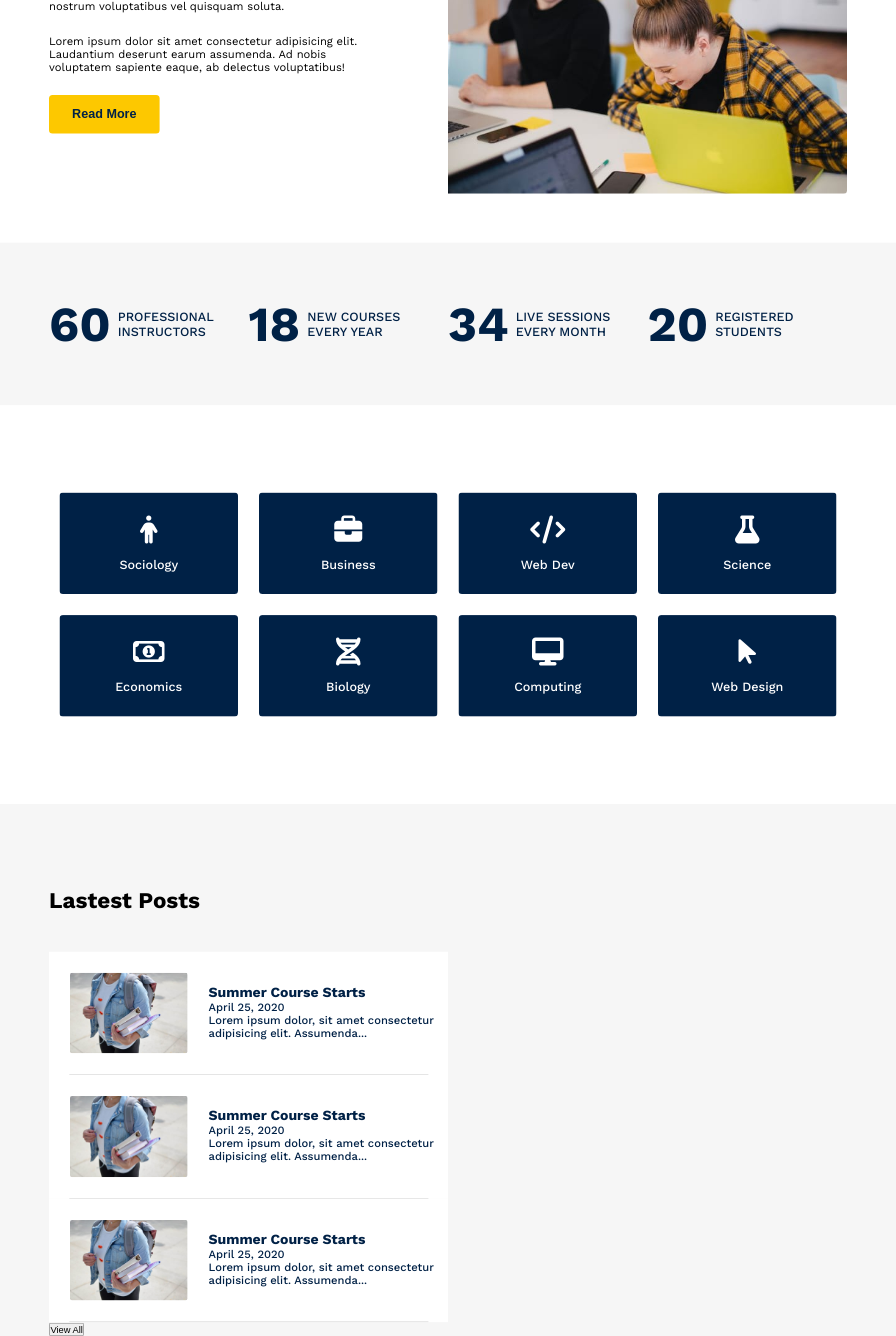
Repository: giahuy405/BC38__Mastery__Pham_Gia_Huy
Page: index.html
An editor plug-in stored every save of this project. The page is shown before and after the next save, followed by the edit.
The browser window is 1280 px wide. The pictures show the part of the page from y = 884 to 2804 px (the page is 2793 px tall before and 2804 px after), at 70% of full size.

Above is the page before, as saved 2022-09-10 12:34:45.

### index.html
<!DOCTYPE html>
<html lang="en">
<head>
    <meta charset="UTF-8">
    <meta http-equiv="X-UA-Compatible" content="IE=edge">
    <meta name="viewport" content="width=device-width, initial-scale=1.0">
    <title>Document</title>
    <link href="https://fonts.googleapis.com/css2?family=Montserrat:wght@300;400;500;700;900&family=Work+Sans:wght@300;400;500;700&display=swap" rel="stylesheet">
    <link rel="stylesheet" href="https://cdnjs.cloudflare.com/ajax/libs/font-awesome/6.2.0/css/all.min.css">
    <link rel="stylesheet" href="./css/index.css">
</head>
<body>
    <header>
        <div class="container">
            <i class="fa-solid fa-pen-to-square"></i>
            <div class="header__title">
                <h1>Mastery</h1>
            </div>
        </div>
    </header>
    <nav>
        <div class="container">
            <ul>
                <li><div class="wrapper"><span class="square individual"><a class="ninth before after"  href="#">Home</a></span></div></li>
                <li><div class="wrapper"><span class="square individual"><a class="ninth before after"  href="#">About</a></span></div></li>
                <li><div class="wrapper"><span class="square individual"><a class="ninth before after"  href="#">Services</a></span></div></li>
                <li><div class="wrapper"><span class="square individual"><a class="ninth before after"  href="#">Contact</a></span></div></li>
            </ul>
        </div>
    </nav>
    <div class="carousel">
        <img src="./img/carousel__website.png" alt="">
    </div>
    <div class="welcome container">
        <div class="welcome__content">
            <h1>Welcome To Our Campus</h1>
            <p>Lorem ipsum dolor sit amet consectetur adipisicing elit. Quasi est saepe possimus quisquam dolor ducimus blanditiis, eius fugit ab beatae reprehenderit, inventore earum rerum. Quis nostrum voluptatibus vel quisquam soluta.</p>

            <p>Lorem ipsum dolor sit amet consectetur adipisicing elit. Laudantium deserunt earum assumenda. Ad nobis voluptatem sapiente eaque, ab delectus voluptatibus!</p>
            <button>Read More</button>
        </div>
        <div class="welcome__img">
            <img src="./img/g1.jpg" alt="">
        </div>
        <div class="clear"></div>
    </div>
    <div class="information">
       <div class="container">
            <div class="information__content">
                <div class="information__title">
                    <h1>60</h1>
                </div>
                <div class="information__desc">
                    <p>PROFESSIONAL</p>
                    <p>INSTRUCTORS</p>
                </div>
                <div class="clear"></div>
            </div>
            <div class="information__content">
                <div class="information__title">
                    <h1>18</h1>
                </div>
                <div class="information__desc">
                    <p>NEW COURSES</p>
                    <p>EVERY YEAR</p>
                </div>
                <div class="clear"></div>
            </div>
            <div class="information__content">
                <div class="information__title">
                    <h1>34</h1>
                </div>
                <div class="information__desc">
                    <p>LIVE SESSIONS</p>
                    <p>EVERY MONTH</p>
                </div>
                <div class="clear"></div>
            </div>
            <div class="information__content">
                <div class="information__title">
                    <h1>20</h1>
                </div>
                <div class="information__desc">
                    <p>REGISTERED</p>
                    <p>STUDENTS</p>
                </div>
                <div class="clear"></div>
            </div>
            <div class="clear"></div>
       </div>
    </div>
    <div class="cards">
        <div class="container">
            <div class="cards-top">
                <div class="card">
                    <a href="#">
                        <div class="card__item">
                            <i class="fa-solid fa-person"></i>
                            <p>Sociology</p>
                        </div>
                    </a>
                </div>
                <div class="card">
                    <a href="#">
                        <div class="card__item">
                            <i class="fa-solid fa-briefcase"></i>
                            <p>Business</p>
                        </div>
                    </a>
                </div>
                <div class="card">
                   <a href="#">
                        <div class="card__item">
                            <i class="fa-solid fa-code"></i>
                            <p>Web Dev</p>
                        </div>
                   </a>
                </div>
                <div class="card">
                   <a href="#">
                        <div class="card__item">
                            <i class="fa-solid fa-flask"></i>
                            <p>Science</p>
                        </div>
                   </a>
                </div>
                <div class="clear"></div>
            </div>
            <div class="card-bottom">
                <div class="card">
                    <a href="#">
                        <div class="card__item">
                            <i class="fa-regular fa-money-bill-1"></i>
                            <p>Economics</p>
                        </div>
                    </a>
                </div>
                <div class="card">
                   <a href="#">
                        <div class="card__item">
                            <i class="fa-solid fa-dna"></i>
                            <p>Biology</p>
                        </div>
                   </a>
                </div>
                <div class="card">
                    <a  href="#">
                        <div class="card__item">
                            <i class="fa-solid fa-desktop"></i>
                            <p>Computing</p>
                        </div>
                    </a>
                </div>
                <div class="card">
                    <a href="#">
                        <div class="card__item">
                            <i class="fa-solid fa-arrow-pointer"></i>
                            <p>Web Design</p>
                        </div>
                    </a>
                </div>
                <div class="clear"></div>
            </div>
        </div>
    </div>
    <div class="news">
        <div class="container">
            <div class="news__lastest-post">
                <h1>Lastest Posts</h1>
                <div class="lastest-post__items">
                    <div class="lastest-post__item">
                        <a href="#">
                            <img src="./img/g9.jpg" alt="">
                            <div class="lastest-post__desc">
                                <h2 >Summer Course Starts</h2>
                                <p>April 25, 2020</p>
                                <p>Lorem ipsum dolor, sit amet consectetur adipisicing elit. Assumenda...</p>
                            </div>
                            <div class="clear"></div>
                        </a>
                        <hr noshade >
                    </div>

                    <div class="lastest-post__item">
                        <a href="#">
                            <img src="./img/g9.jpg" alt="">
                            <div class="lastest-post__desc">
                                <h2>Summer Course Starts</h2>
                                <p>April 25, 2020</p>
                                <p>Lorem ipsum dolor, sit amet consectetur adipisicing elit. Assumenda...</p>
                            </div>
                            <div class="clear"></div>
                        </a>
                        <hr noshade >
                    </div>

                    <div class="lastest-post__item">
                        <a href="#">
                            <img src="./img/g9.jpg" alt="">
                            <div class="lastest-post__desc">
                                <h2>Summer Course Starts</h2>
                                <p>April 25, 2020</p>
                                <p>Lorem ipsum dolor, sit amet consectetur adipisicing elit. Assumenda...</p>
                            </div>
                            <div class="clear"></div>
                        </a>
                        <hr noshade >
                    </div>

                </div>
                <button>View All</button>
            </div>
            <div class="news__upcoming__events">

            </div>
            <div class="clear"></div>
        </div>
    </div>

</body>
</html>

### css/index.css
*{
    padding: 0;
    margin: 0;
    box-sizing: border-box;
}
.clear{
    clear: both;
}
html{
    font-size: 16px;
    font-family: 'Work Sans', sans-serif;
}
.container{
    width: 1140px;
    margin: 0 auto;
}
header{
    position: relative;
    margin-top: 15px;
}
.header__title{
    display: inline-block;
     position: absolute;
     top: -4px;
    left: 160px;
}
.header__title h1{
    font-size: 35px;
    color: #1b1d2d;
}
header i{
    background-color: #002146;
    height: 36px;
    width: 36px;
    border-radius: 50%;
    color: #fdc800;
    text-align: center;
    padding-top: 9px;

}
nav ul{
    list-style: none;
    margin-top: 15px;
    margin-left: 18px;

}
nav li{
    display: inline;
    margin-right: 30px;
}

 /*  Hover for Navigation bar */
.wrapper{
    margin:2em 0;
    display: inline;
    font-size: 7px;
}
 a, a:visited, a:hover, a:active{
    -webkit-backface-visibility:hidden;
            backface-visibility:hidden;
      position:relative;
    transition:0.5s color ease;
      text-decoration:none;
      color:#002146;
      font-size:2px;
      font-weight: 500;
}
 a:hover{
    color:#fdc800;
}
 a.before:before, a.after:after{
content: "";
transition:0.5s all ease;
-webkit-backface-visibility:hidden;
        backface-visibility:hidden;
position:absolute;
}
 a.before:before{
top:-0.25em;
}
 a.after:after{
bottom:-0.25em;
}
 a.before:before, a.after:after{
height:5px;
height:0.2rem;
width:0;
background:#fdc800;
}
 a.first:after{
left:0;
}
 a.second:after{
right:0;
}
 a.third:after, a.sixth:before, a.sixth:after{
left:50%;
-webkit-transform:translateX(-50%);
        transform:translateX(-50%);
}
a.fourth:before, a.fourth:after{
left:0;
}
 a.fifth:before, a.fifth:after{
right:0;
}
 a.seventh:before{
right:0;
}
 a.seventh:after{
left:0;
}
 a.eigth:before{
left:0;
}
 a.eigth:after{
right:0;
}
a.before:hover:before, a.after:hover:after{
width:100%;
}
.square{
box-sizing:border-box;
margin-left:-0.4em;
position:relative;
font-size:2.5em;
overflow:hidden;
}
.square a{
position:static;
font-size:100%;
padding:0.2em 0.4em;
}
.square:before,.square:after{
content: "";
box-sizing:border-box;
transition:0.25s all ease;
-webkit-backface-visibility:hidden;
        backface-visibility:hidden;
position:absolute;
width: 5px;
width:0.2rem;
height:0;
background:#fdc800;
}
.square:before{
left:0;
bottom:-0.2em;
}
.square.individual:before{
transition-delay:0.6s;
}
.square:after{
right:0;
top:-0.2em;
}
.square.individual:after{
transition-delay:0.2s;
}
.square a:before{
left:0;
transition:0.25s all ease;
}
.square a:after{
right:0;
transition:0.25s all ease;
}
.square.individual a:after{
transition:0.25s all ease 0.4s;
}
.square:hover:before,.square:hover:after{
height:calc(100% + 0.4em);
}
.square:hover  a:before,.square:hover a:after{
width:100%;
}


/* CAROUSEL / SLIDER */
.carousel{
    width: 100%;
    margin-top: 20px;
}
.carousel img{
max-width: 100%;
height: 597px;
}


/* create WELCOME */
.welcome{
    margin-top: 62px;
    margin-bottom: 66px;
}
.welcome__content h1{
    margin-bottom: 20px;
    color: #1b1d2d;
}
.welcome__content{
    padding-right: 80px;
}
.welcome__content p{
    margin-bottom: 30px;
}
.welcome__content button{
    padding: 17px 33px;
    font-size: 18px;
    font-weight:700;
    color: #002146;
    background-color: #fdc800;
    border: none;
    border-radius: 5px;
    cursor: pointer;
    transition: all 0.2s;
}
.welcome__content button:hover{
    background-color: #002146;
    color: #fdc800;
    box-shadow: 5px 5px 10px black;
}
.welcome__content,.welcome__img{
    width: 50%;
    float: left;
}
.welcome__img img{
    width: 100%;
    border-top-right-radius: 5px;
    border-bottom-right-radius: 5px;
}


/* create INFORMATION  */
.information{
    background-color: #f6f6f6;
    padding: 75px 0;
    margin-bottom: 110px;
}
.information__content{
    float: left;
    width: 25%;
}
.information__content h1{
    display: inline-block;
    font-size: 70px;
    color: #002146;

}
.information__title,.information__desc{
    float: left;
}
.information__desc p:first-child{
    margin-top:20px;
}
.information__desc p{
    margin-left: 10px;
    font-size: 18px;
    color: #002146;
    font-weight: 500;
}


/* create CARDS */
.cards{
    margin-bottom: 110px;
}
.card{
    float: left;
    width: 25%;
    text-align: center;
    padding: 15px;
}
.card__item{
    background-color: #002146;
    padding: 32px 50px;
    border-radius: 5px;
}
.card__item i{
    color: white;
    font-size: 40px;
}
.card__item p{
    color: white;
    font-size: 18px;
    margin-top: 20px;
}
.card a{
    cursor: pointer;
    transition: all 0.2s;
}
.card a:hover{
    opacity: 0.7;
}
.card:hover{
    box-shadow: 1px 1px 10px  black;
    border-radius: 5px;
}


/* NEWS */
.news{
    padding-top: 118px;
    background-color: #f6f6f6;
}
.news h1:first-child{
    margin-bottom: 55px;
}
.news__lastest-post,.news__upcoming__events{
    float: left;
    width: 50%;
}
.lastest-post__item{
    background-color: white;
}
.lastest-post__item img{
    width: 158px;
    border: 30px solid transparent;
    border-radius: 33px;
}
.lastest-post__item a img{
    float: left;
    width: 40%;
}
.lastest-post__desc{
    float: left;
    width: 60%;
    padding-top: 45px;
}
.lastest-post__item hr{
    width:90%;
    margin: 0 auto;
    background-color: rgb(218, 218, 218);
    height: 1px;
    border: none;
}
.lastest-post__item a{
    font-size: 20px;
    color: #002146;
}
.lastest-post__item a .lastest-post__desc  h2{
    font-size: 20px;
}
.lastest-post__item a .lastest-post__desc p{
    font-size: 16px;
}
.lastest-post__item a .lastest-post__desc p:first-child{
    font-size: 16px;
    color: gray;
    margin: 20px 0;
}

After the next save:
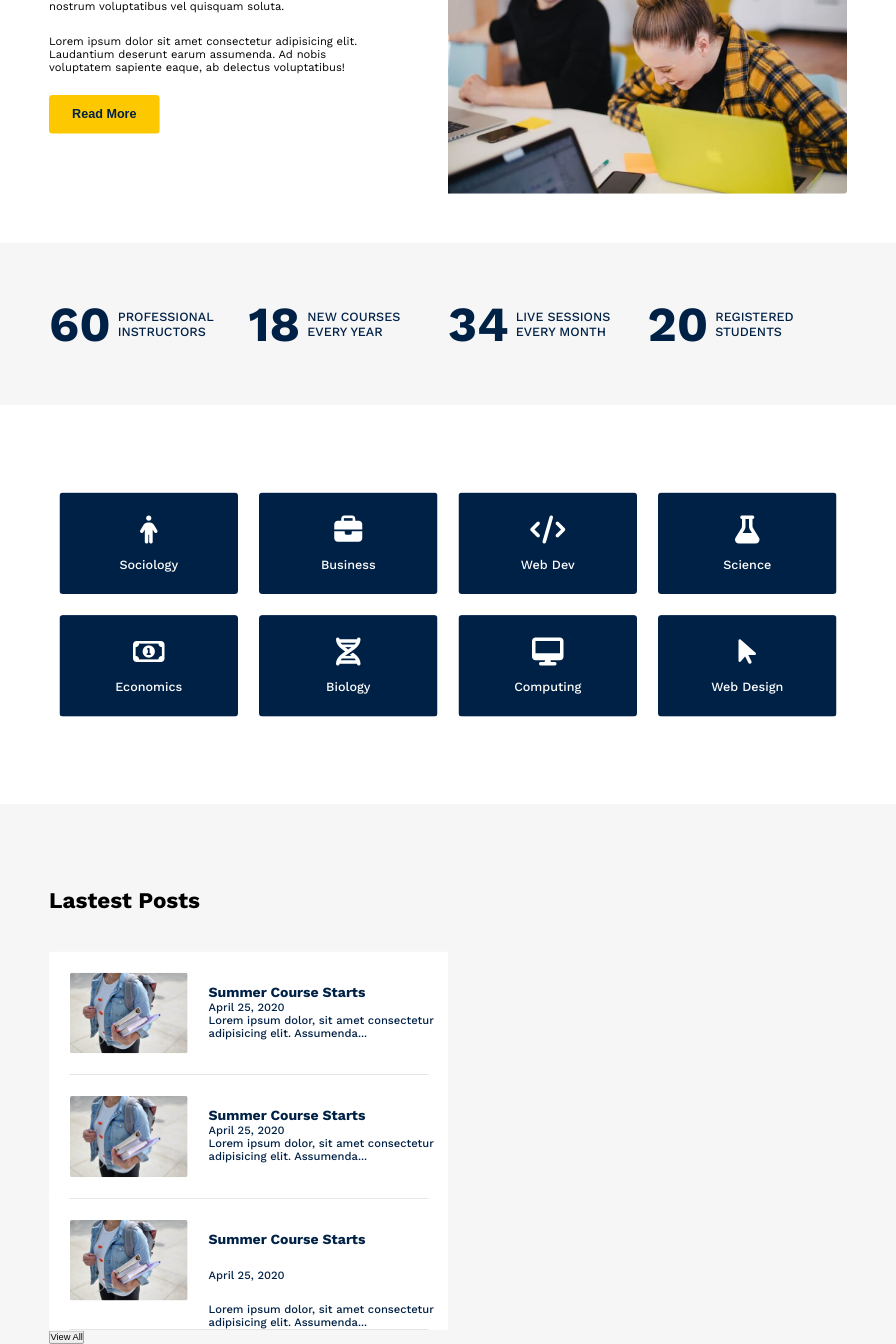
Saved 18 s later.
--- a/index.html
+++ b/index.html
@@ -199,7 +199,7 @@
                             <img src="./img/g9.jpg" alt="">
                             <div class="lastest-post__desc">
                                 <h2>Summer Course Starts</h2>
-                                <p>April 25, 2020</p>
+                                <p style="margin:30px 0;">April 25, 2020</p>
                                 <p>Lorem ipsum dolor, sit amet consectetur adipisicing elit. Assumenda...</p>
                             </div>
                             <div class="clear"></div>

After the save that followed:
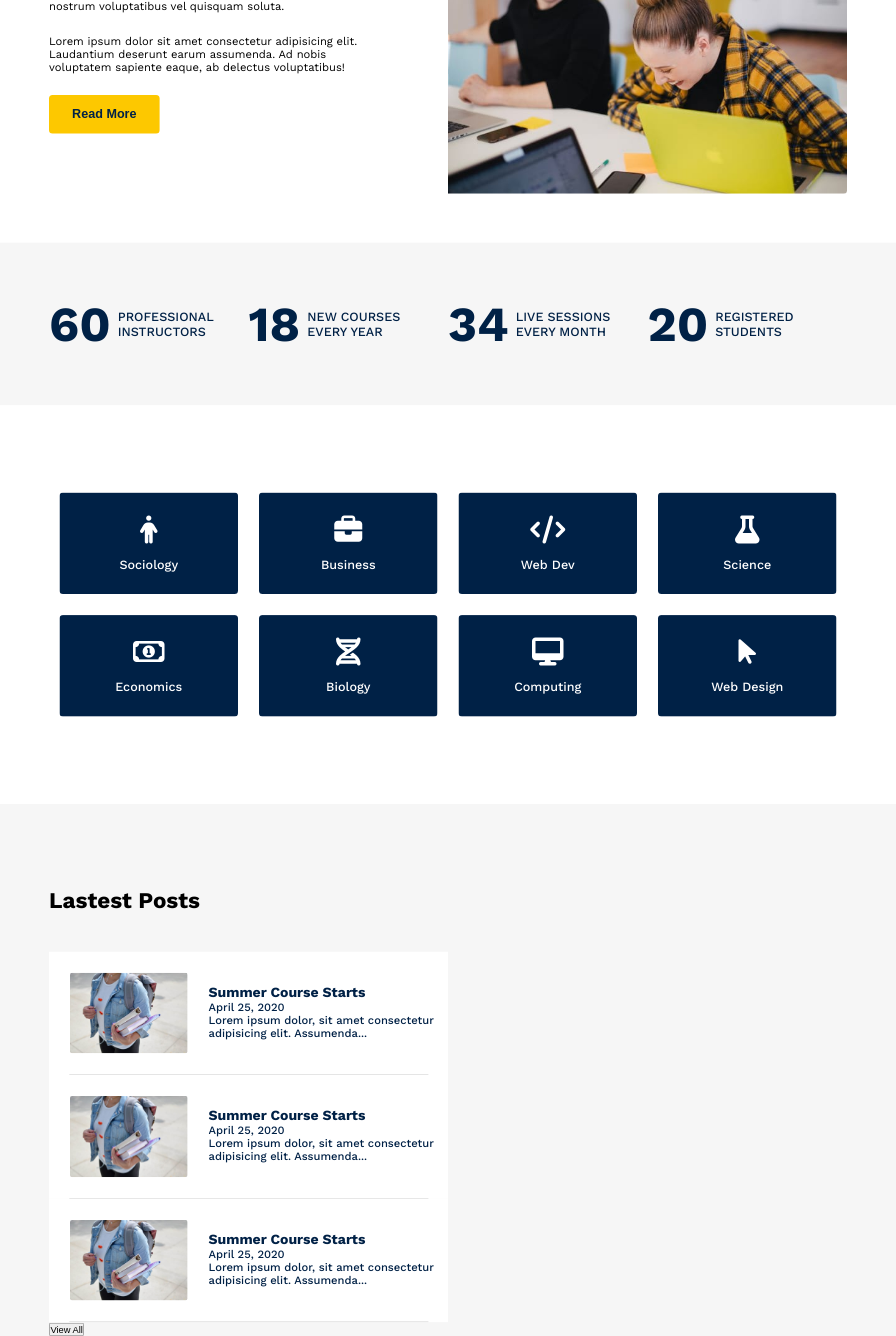
Saved 5 s later.
--- a/index.html
+++ b/index.html
@@ -199,7 +199,7 @@
                             <img src="./img/g9.jpg" alt="">
                             <div class="lastest-post__desc">
                                 <h2>Summer Course Starts</h2>
-                                <p style="margin:30px 0;">April 25, 2020</p>
+                                <p>April 25, 2020</p>
                                 <p>Lorem ipsum dolor, sit amet consectetur adipisicing elit. Assumenda...</p>
                             </div>
                             <div class="clear"></div>
